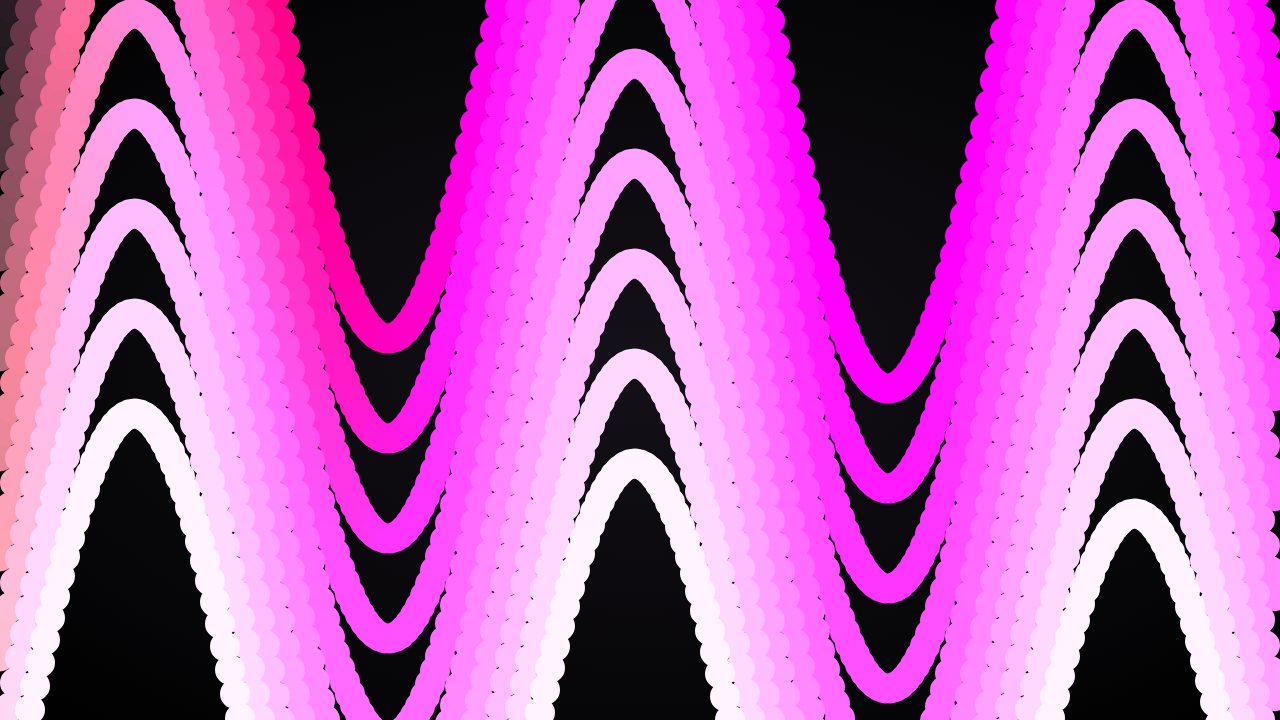
Repository: Iban-del/ProjetBacIban
Page: index.html
The author's editor kept a copy of each file at every save. The page is drawn from the files as they stood at one save, then again after the next save.
The browser window is 1280 px wide. The pictures show the whole page.

Above is the page before, as saved 2025-02-19 21:07:50.

After the next save:
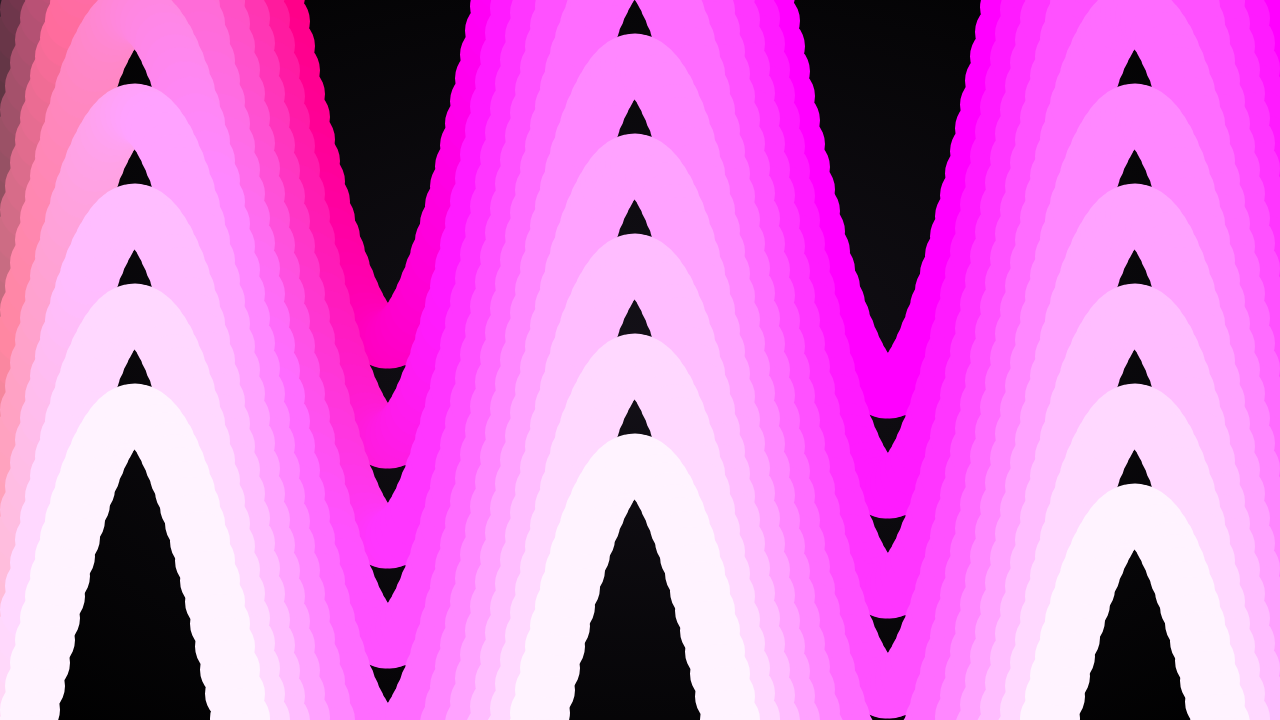
Saved 8 s later.
--- a/js/background.js
+++ b/js/background.js
@@ -77,7 +77,7 @@ function drawVague(ctx,canvas,A,steep){
                 ctx.beginPath();
                 ctx.moveTo(x,y)
                 ctx.fillStyle=`rgb(${color+(x+t*.2)},${color*0.9},${color+(x*.49)})`;
-                ctx.arc(x,y,15,0,Math.PI*2,true)
+                ctx.arc(x,y,30,0,Math.PI*2,true)
                 ctx.fill();
 
             }
